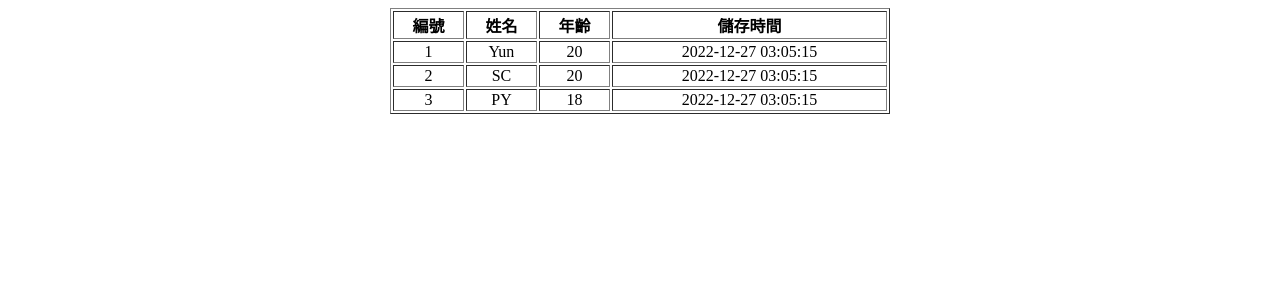
Repository: sc1314520/oce-test
Page: http://localhost/EE/jsp/basic/jstl_test.jsp
The author's editor kept a copy of each file at every save. The page is drawn from the files as they stood at one save, then again after the next save.
The browser window is 1280 px wide. The pictures show the whole page.
The page is served by Tomcat 9. Nobody is signed in. The application's start-up code is not run.

Above is the page before, as saved 2022-12-29 10:45:08.

After the next save:
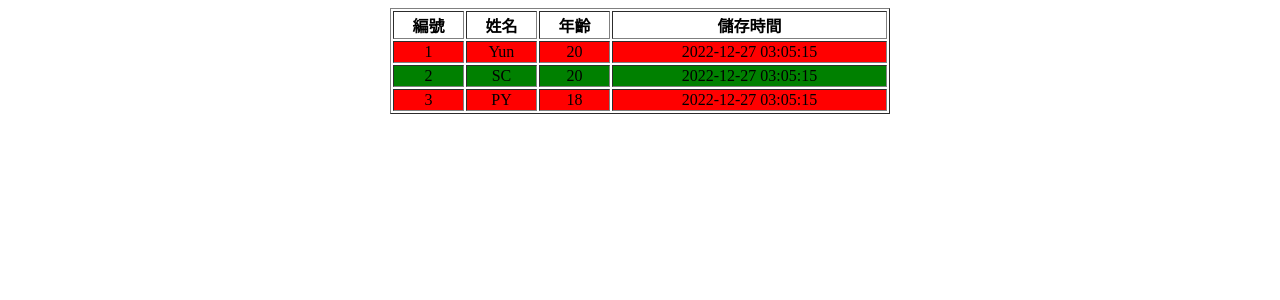
Saved 90 s later.
--- a/EE/src/main/webapp/jsp/basic/jstl_test.jsp
+++ b/EE/src/main/webapp/jsp/basic/jstl_test.jsp
@@ -27,12 +27,22 @@
 			<th>儲存時間</th>
 		</tr>
 		<c:forEach items="${list}" var="user" varStatus="s">
-			<tr>
-				<td align="center">${s.count}</td>
-				<td align="center">${user.name}</td>
-				<td align="center">${user.age}</td>
-				<td align="center">${user.birStr}</td>
-			</tr>
+			<c:if test="${s.count %2 ==0 }">
+				<tr bgcolor="green">
+					<td align="center">${s.count}</td>
+					<td align="center">${user.name}</td>
+					<td align="center">${user.age}</td>
+					<td align="center">${user.birStr}</td>
+				</tr>
+			</c:if>
+			<c:if test="${s.count %2 ==1 }">
+				<tr bgcolor="red">
+					<td align="center">${s.count}</td>
+					<td align="center">${user.name}</td>
+					<td align="center">${user.age}</td>
+					<td align="center">${user.birStr}</td>
+				</tr>
+			</c:if>
 		</c:forEach>
 
 	</table>
